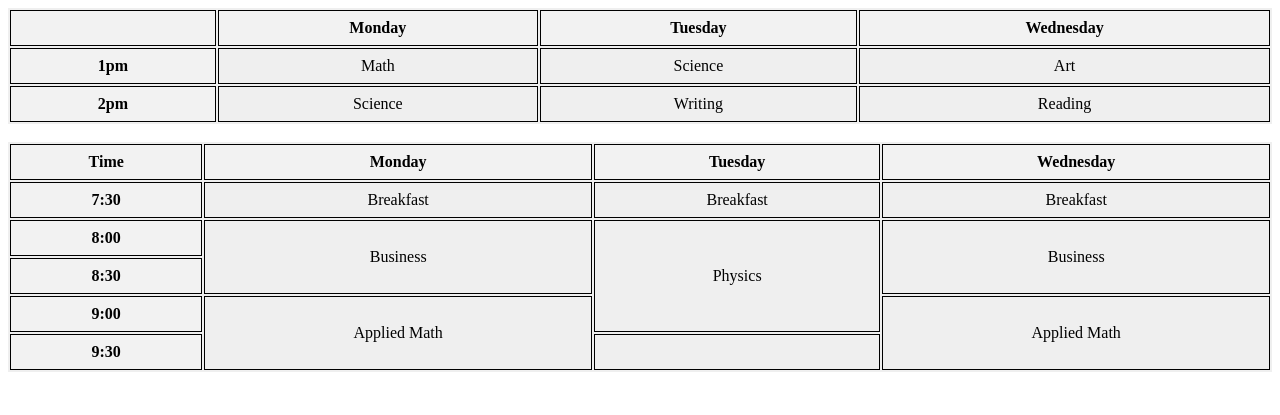
Repository: jefflai0412/website_design
Page: task1.html
An editor plug-in stored every save of this project. The page is shown before and after the next save, followed by the edit.
The browser window is 1280 px wide. The pictures show the whole page.

Above is the page before, as saved 2024-10-18 13:56:50.

### task1.html
<!DOCTYPE html>
<html lang="en">
<head>
    <meta charset="UTF-8">
    <meta name="viewport" content="width=device-width, initial-scale=1.0">
    <title>Document</title>
    <style>
        table {
            width: 100%;
            background-color: #efefef;
        }

        th, td {
            border: 1px solid black;
            padding: 8px;
            text-align: center;
        }

        th {
            background-color: #f2f2f2;
        }
    </style>
</head>
<body>
    <table>
        <tr>
            <th></th>
            <th>Monday</th>
            <th>Tuesday</th>
            <th>Wednesday</th>
        </tr>

        <tr>
            <th scope="row">1pm</th>
            <td>Math</td>
            <td>Science</td>
            <td>Art</td>
        </tr>

        <tr>
            <th scope="row">2pm</th>
            <td>Science</td>
            <td>Writing</td>
            <td>Reading</td>
        </tr>
    </table>

    <br>

    <table cellpadding="10" cell-spacing="10">
        <tr>
            <th>Time</th>
            <th>Monday</th>
            <th>Tuesday</th>
            <th>Wednesday</th>
        </tr>
        <tr>
            <th scope="row">7:30</th>
            <td>Breakfast</td>
            <td>Breakfast</td>
            <td>Breakfast</td>
        </tr>
        <tr>
            <th scope="row">8:00</th>
            <td rowspan="2">Business</td>
            <td rowspan="3">Physics</td>
            <td rowspan="2">Business</td>
        </tr>
        <tr>
            <th scope="row">8:30</th>
        </tr>
        <tr>
            <th scope="row">9:00</th>
            <td rowspan="2">Applied Math</td>
            <td rowspan="2">Applied Math</td>
        </tr>

        <tr>
            <th scope="row">9:30</th>
            <td></td>
        </tr>
    </table>
</body>
</html>

After the next save:
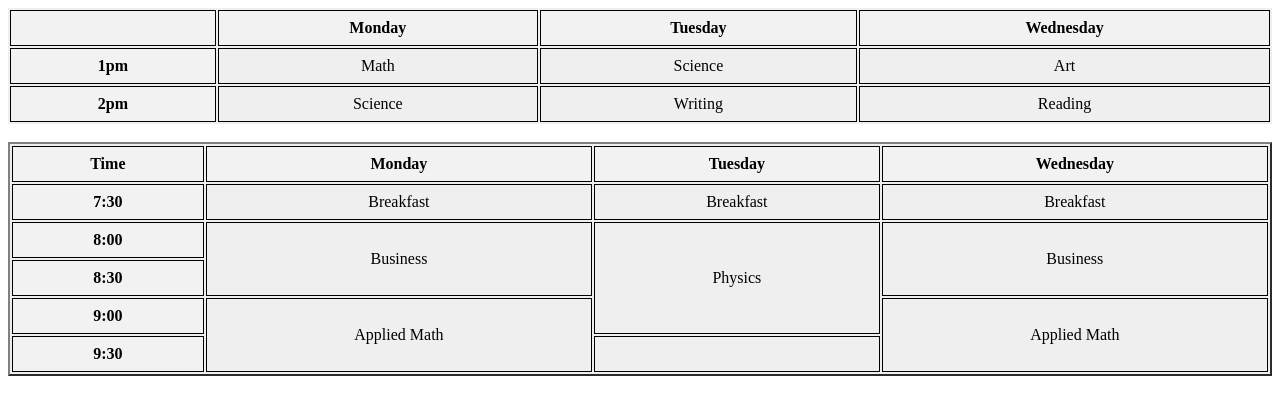
Saved 38 s later.
--- a/task1.html
+++ b/task1.html
@@ -47,7 +47,7 @@
 
     <br>
 
-    <table cellpadding="10" cell-spacing="10">
+    <table border="2" cellpadding="10" cell-spacing="10">
         <tr>
             <th>Time</th>
             <th>Monday</th>

After the save that followed:
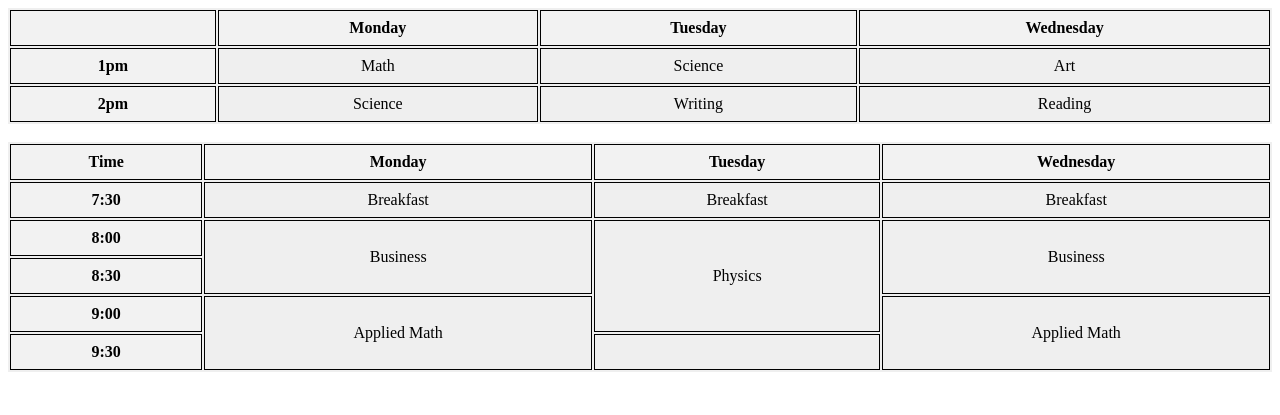
Saved 17 s later.
--- a/task1.html
+++ b/task1.html
@@ -47,7 +47,7 @@
 
     <br>
 
-    <table border="2" cellpadding="10" cell-spacing="10">
+    <table cellpadding="10" cell-spacing="10">
         <tr>
             <th>Time</th>
             <th>Monday</th>
